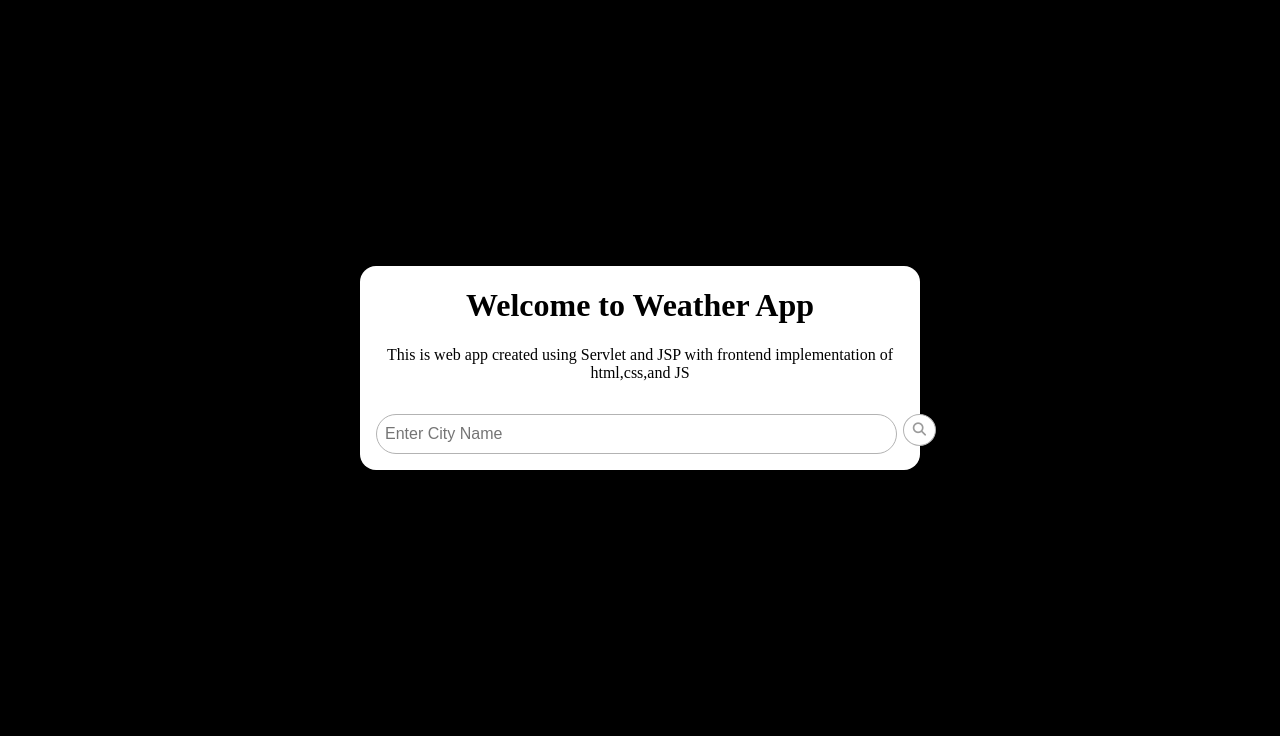
Repository: krv9/projects
Page: http://localhost/WeatherApp/
The author's editor kept a copy of each file at every save. The page is drawn from the files as they stood at one save, then again after the next save.
The browser window is 1280 px wide. The pictures show the whole page.
The page is served by Tomcat 10.

Above is the page before, as saved 2024-09-24 13:22:50.

After the next save:
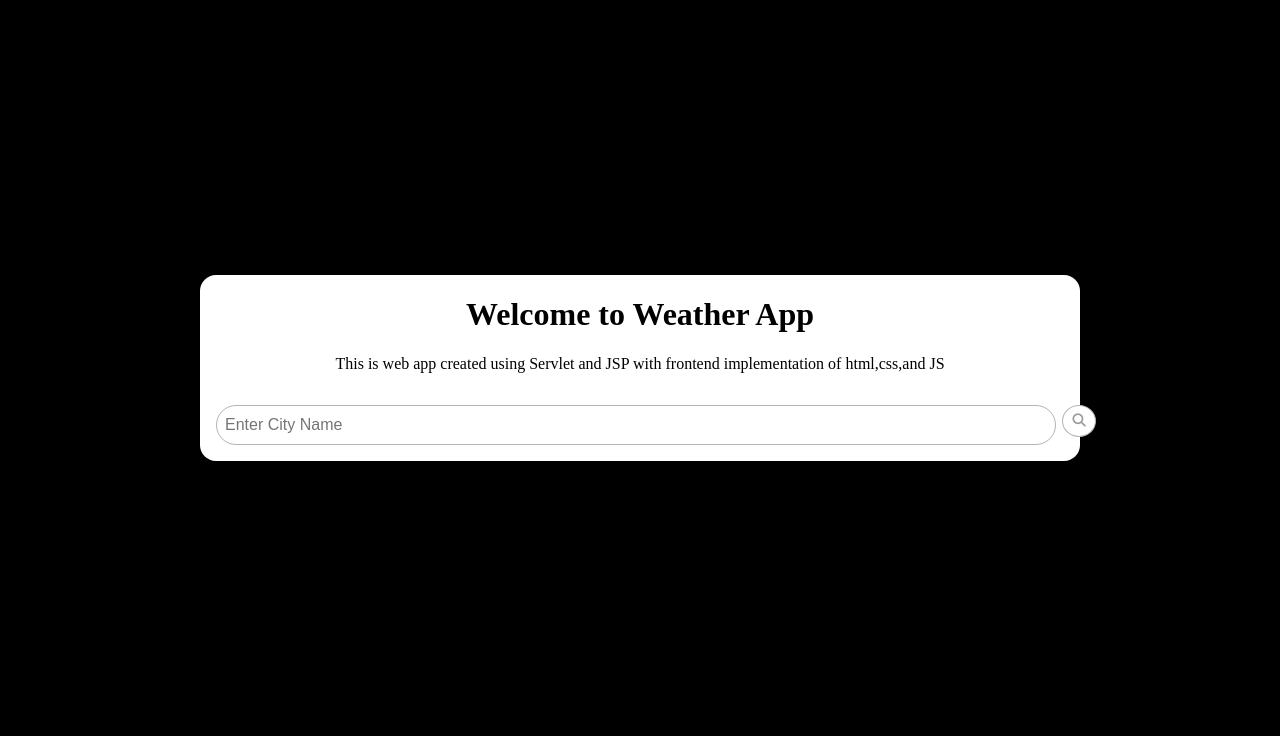
Saved 20 s later.
--- a/WeatherApp/src/main/webapp/Style.css
+++ b/WeatherApp/src/main/webapp/Style.css
@@ -7,7 +7,7 @@ body{
 	background:black;
 }
 .container{
-	 width: 35rem;
+	 width: 55rem;
   height: auto;
   border-radius: 1rem;
   background: #fff;
